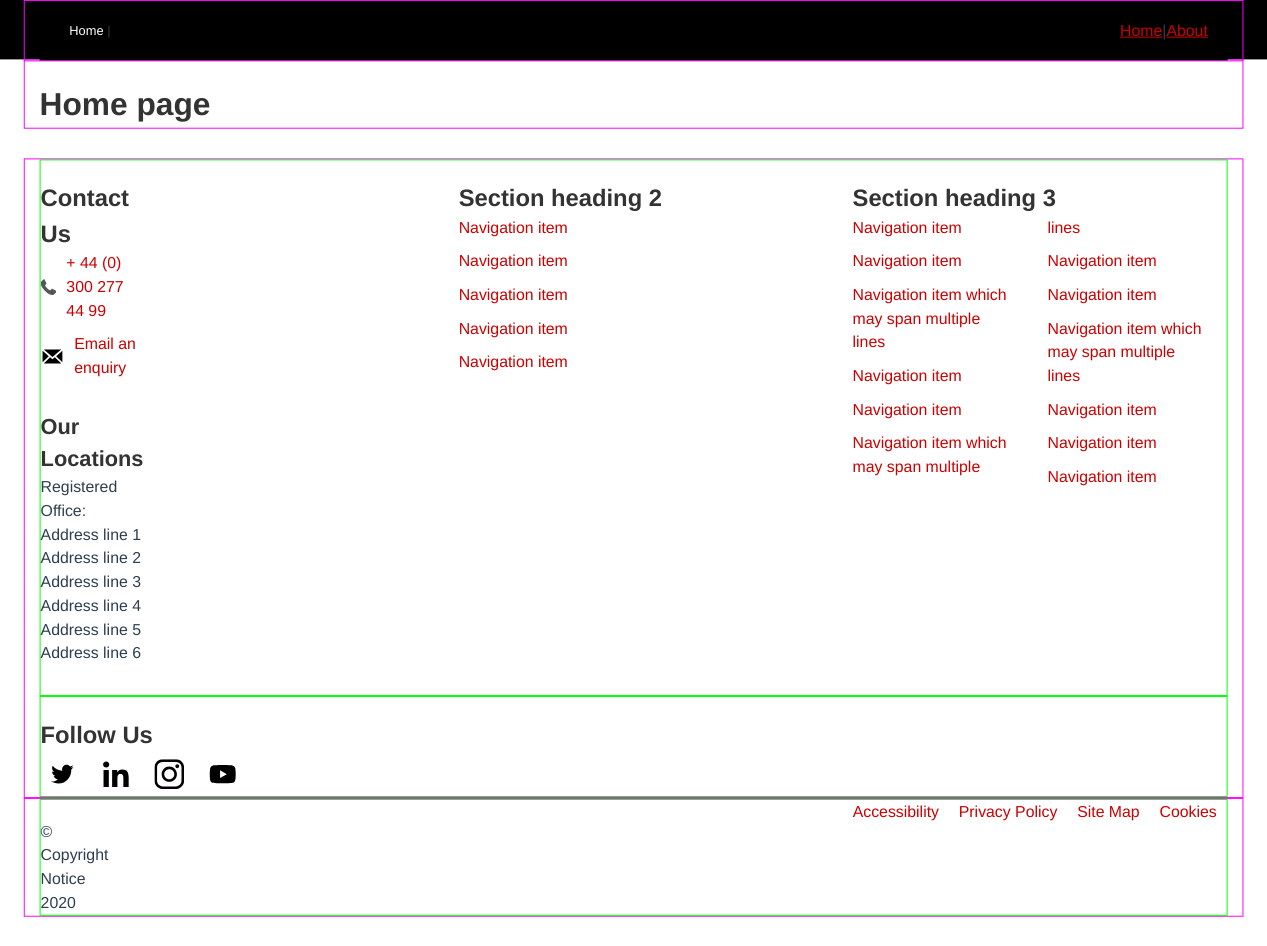
Repository: DaveBaulch/spa
Page: /
The author's editor kept a copy of each file at every save. The page is drawn from the files as they stood at one save, then again after the next save.
The browser window is 1280 px wide. The pictures show the whole page, at 99% of full size.
The project was rebuilt for these pictures with package versions that can differ from the ones it lists, and the page was loaded fresh each time. Also part of the build but not shown: src/assets/styles/main.css.

Above is the page before, as saved 2020-10-13 12:19:17.

After the next save:
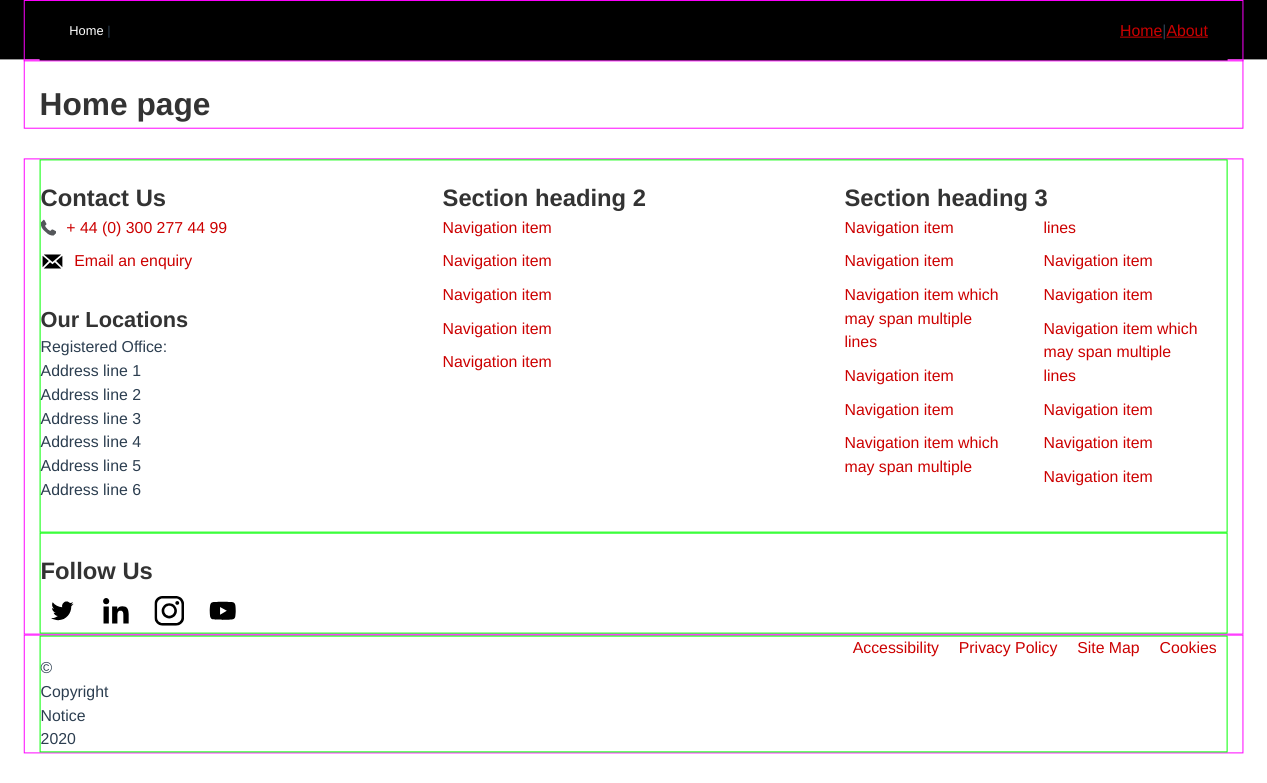
Saved 113 s later.
--- a/src/components/global/TheFooter.vue
+++ b/src/components/global/TheFooter.vue
@@ -7,7 +7,7 @@
 
           <div class="row">
 
-            <div class="footer__col footer_col--1">
+            <div class="footer__col footer__col--1">
 
               <div class="footer__sub1">
                 <h2>Contact Us</h2>
